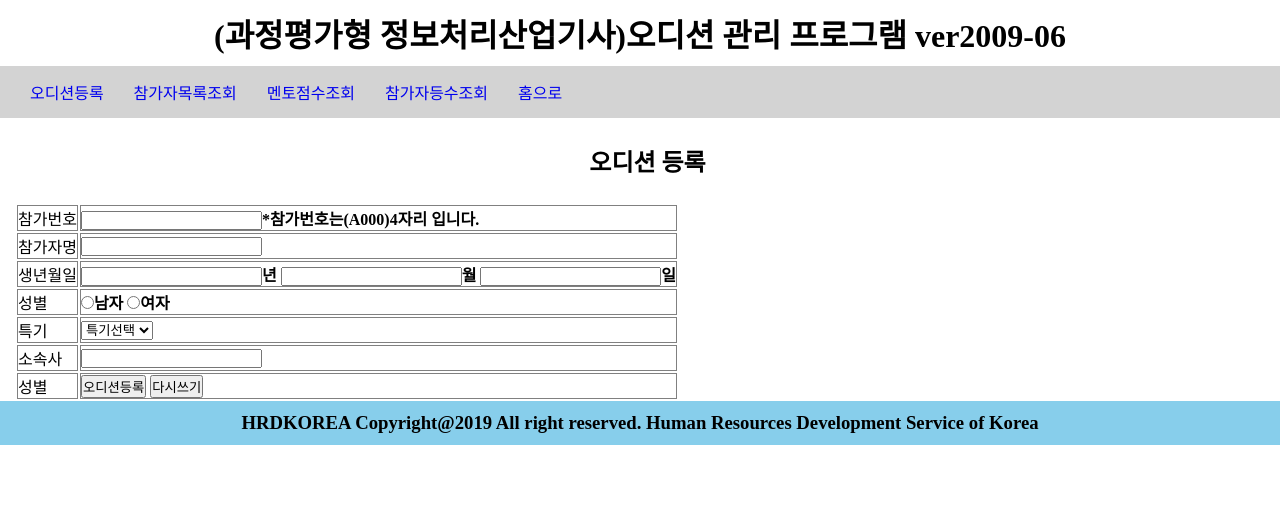
Repository: chyun94/JSP-
Page: http://localhost/Kingdom/insert.jsp
These files come from the project's save history. The page is drawn as it stood at one moment and after the next save; the edit follows.
The browser window is 1280 px wide. The pictures show the whole page.
The page is served by Tomcat 9.

Above is the page before, as saved 2021-05-09 12:49:59.

After the next save:
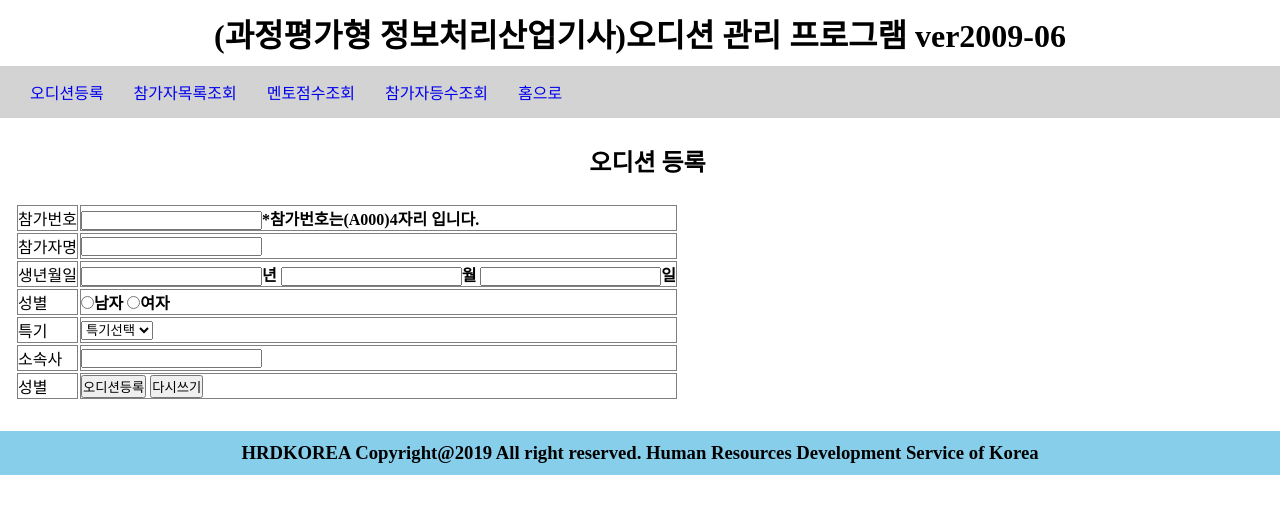
Saved 6 s later.
--- a/Kingdom/WebContent/insert.jsp
+++ b/Kingdom/WebContent/insert.jsp
@@ -112,7 +112,7 @@ text-align: center; background: skyblue; padding: 11px;
 	</section>
 </div>
 
-<div>
+<div style="padding-top: 30px;">
 	<footer>
 		<div class="footer">
 			<h3 style="text-align: center;" >
